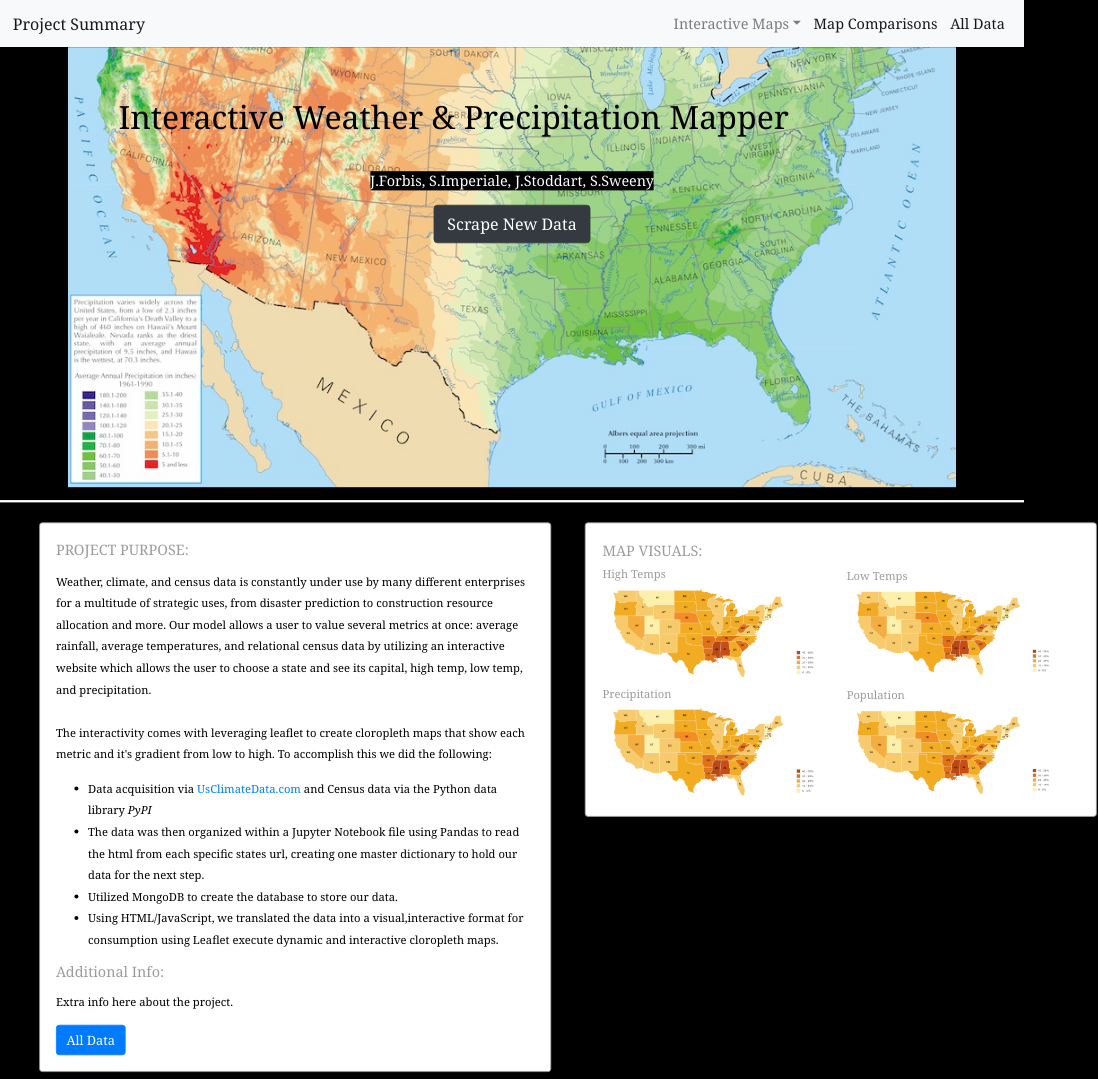
Repository: jforbis/project3-weathermap
Page: index.html
An editor plug-in stored every save of this project. The page is shown before and after the next save, followed by the edit.
The browser window is 1280 px wide. The page is 1372 px wide, so the pictures cover 1372 px, including what lies to the right of the window. The pictures show the whole page, at 80% of full size.
Backgrounds fixed to the window are drawn as part of the page.

Above is the page before, as saved 2021-03-09 23:12:58.

### index.html
<!DOCTYPE html>
<html lang="en">

<head>
<meta charset="UTF-8">
<title>Interactive Weather & Precipitation Mapper</title>
<!--Bootstrap style sheet-->
<link rel="stylesheet" href="https://stackpath.bootstrapcdn.com/bootstrap/4.3.1/css/bootstrap.min.css" integrity="sha384-ggOyR0iXCbMQv3Xipma34MD+dH/1fQ784/j6cY/iJTQUOhcWr7x9JvoRxT2MZw1T" crossorigin="anonymous">
<!--link to style sheet-->
<link rel="stylesheet" type="text/css" href="static/css/style.css">
</head>

<!--Top Nav Bar-->
<nav class="navbar-expand-lg navbar-light bg-light nav-color navbar nav">
    <a class="navbar-brand" href="index.html">Project Summary</a>
    <button class="navbar-toggler" type="button" data-bs-toggle="collapse" data-bs-target="#navbarSupportedContent"
        aria-controls="navbarSupportedContent" aria-expanded="false" aria-label="Toggle navigation">
        <span class="navbar-toggler-icon"></span>
    </button>
    <div class="collapse navbar-collapse justify-content-end" id="navbarSupportedContent">
        <div class="nav navbar-nav navbar-right">
            <ul class="navbar-nav me-auto mb-2 mb-lg-0">
                <li class="nav-item dropdown">
                    <a class="nav-link dropdown-toggle" href="#" id="navbarDropdown" role="button"
                        data-bs-toggle="dropdown" aria-expanded="false">Interactive Maps</a>
                    <ul class="dropdown-menu" aria-labelledby="navbarDropdown">
                        <a class="dropdown-item" href="Route#1">High Temps</a>
                        <a class="dropdown-item" href="Route#2">Low Temps</a>
                        <a class="dropdown-item" href="Route#3">Precipitation</a>
                        <a class="dropdown-item" href="Route#4">Population</a>
                    </ul>
                </li>
                <li class="nav-item active">
                    <a class="nav-link" href="comparisons.html">Map Comparisons</a>
                </li>
                <li class="nav-item active">
                    <a class="nav-link" href="data.html">All Data</a>
                </li>
            </ul>
        </div>
    </div>
</nav>
<!-- First div is a container for the title and scraper button -->
<div class="container">
    <div class="hero text-center">
        <h1><span class="d-flex p-2">Interactive Weather & Precipitation Mapper</span></h1>
        <p><span style="background-color: #000000">J.Forbis, S.Imperiale, J.Stoddart, S.Sweeny</span></p>
        <p><a class="btn btn-dark btn-lg" href="/scrape" role="button">Scrape New Data</a></p>
    </div>
</div>
<body>
    <hr>
    <div class="d-flex p-2">
        <table>
            <tr>
                <td style="vertical-align:top">
                    <div class="card" style="width: 40rem;">
                        <!-- Update Image Here If We Even Want One -->
                        <div class="card-body">
                        <div class="card-title">PROJECT PURPOSE:</div>
                        <p class="card-text">
                            Weather, climate, and census data is constantly under use by many different enterprises
                            for a multitude of strategic uses, from disaster prediction to construction
                            resource allocation and more. Our model allows a user to value several metrics
                            at once: average rainfall, average temperatures, and relational census data by
                            utilizing an interactive website which allows the user to choose a state and see
                            its capital, high temp, low temp, and precipitation. </br></br>
                            The interactivity comes with leveraging leaflet to create cloropleth maps that
                            show each metric and it's gradient from low to high. To accomplish this we did
                            the following:</br>
                            <ul>
                                <li class="card-text">
                                    Data acquisition via <a href="https://www.usclimatedata.com/">UsClimateData.com</a>
                                    and Census data via the Python data library <i>PyPI</i>
                                <li class="card-text">
                                    The data was then organized within a Jupyter Notebook file using Pandas to
                                    read the html from each specific states url, creating one master dictionary
                                    to hold our data for the next step.
                                <li class="card-text">
                                    Utilized MongoDB to create the database to store our data.
                                <li class="card-text">
                                    Using HTML/JavaScript, we translated the data into a visual,interactive format
                                    for consumption using Leaflet execute dynamic and interactive cloropleth maps.
                            </ul>
                        <h5 class="card-title">Additional Info:</h5>
                        <p class="card-text">
                            Extra info here about the project.
                        </p>
                        <!--Todo: add url to data page-->
                        <a href="data.html" class="btn btn-primary">All Data</a>
                        </div>
                    </div>
                </td>
                <td style="vertical-align:top">
                    <div class="card" style="width: 40rem;">
                            <div class="card-body">
                                <table>
                                    <tr>
                                        <!--Todo: add images of each map and specify their specific routes so they are clickable-->
                                    <td class="card-title" colspan=2>MAP VISUALS:</td>
                                    </tr>
                                    <tr>
                                        <td>High Temps
                                            <a href="visualizations/maxtemp.html">
                                                <img src="images/choropleth-example.png" class="card-img-top" alt="...">
                                            </a>
                                        </td>
                                        <td>Low Temps
                                            <a href="visualizations/humidity.html">
                                                <img src="images/choropleth-example.png" class="card-img-top" alt="...">
                                            </a>
                                        </td>
                                    </tr>
                                    <tr>
                                        <td>Precipitation
                                            <a href="visualizations/cloudiness.html">
                                                <img src="images/choropleth-example.png" class="card-img-top" alt="...">
                                        </a>
                                        </td>
                                        <td>Population
                                            <a href="visualizations/windspeed.html">
                                                <img src="images/choropleth-example.png" class="card-img-top" alt="...">
                                            </a>
                                        </td>
                                    </tr>
                                </table>
                            </div>
                    </div>
                </td>
            </tr>
        </table>
    </div>
</body>

### static/css/style.css
/* Styling for HTML elements */
body {
    padding: 0;
    margin: 0;
    font-family: Georgia, "Times New Roman", Times, serif;
    font-size: 18px;
    line-height: 150%;
    color: rgb(0, 0, 0);
    background: #000000;
}

.title {
    background-color: black;
    color: white;
}
.dropdown {
    position: relative;
    display: inline-block;
}

.dropdown-menu {
    display: none;
    position: absolute;
    background-color: #f9f9f9;
    min-width: 160px;
    box-shadow: 0px 8px 16px 0px rgba(0,0,0,0.2);
    padding: 12px 16px;
    z-index: 1;
}

.dropdown:hover .dropdown-menu {
    display: block;
}

h1 {
    padding: 25px;
    margin: 10px;
    color: black
}

h3 {
    margin-left: 35px;
    color: white;
    font-size: 16px
}

hr {
    height: 2px;
    background-color: white
}

.card {
    color: #9f9b9b;
    font-size: 14px;
    margin-left: 40px;
    margin-top: top;
    border-color: #9f9b9b;
    vertical-align: text-top
}

.card-text {
    color: black
}
.second_card {
    color: #9f9b9b;
    background-color: white;
    margin-top: -140px;
    margin-left: 40px
}

.card-img-top {
    width: 90%;
    height: auto;
}

.card-title {
    font-size: 18px
}

.top_row {
    position: sticky;
    top: 0;
    background-color: #353A3F;
}

.navbar-expand-lg {
    position: sticky;
    top: 0;
    z-index: 1071;
}

.hero {
    position: relative;
    height: 550px;
    padding: 20px;
    margin: 0;
    background: black;
    background-image: url("../../images/intro_image2.jpg");
    background-attachment: fixed;
    background-position: bottom center;
    background-size: cover;
}

p {
    color: white
}

After the next save:
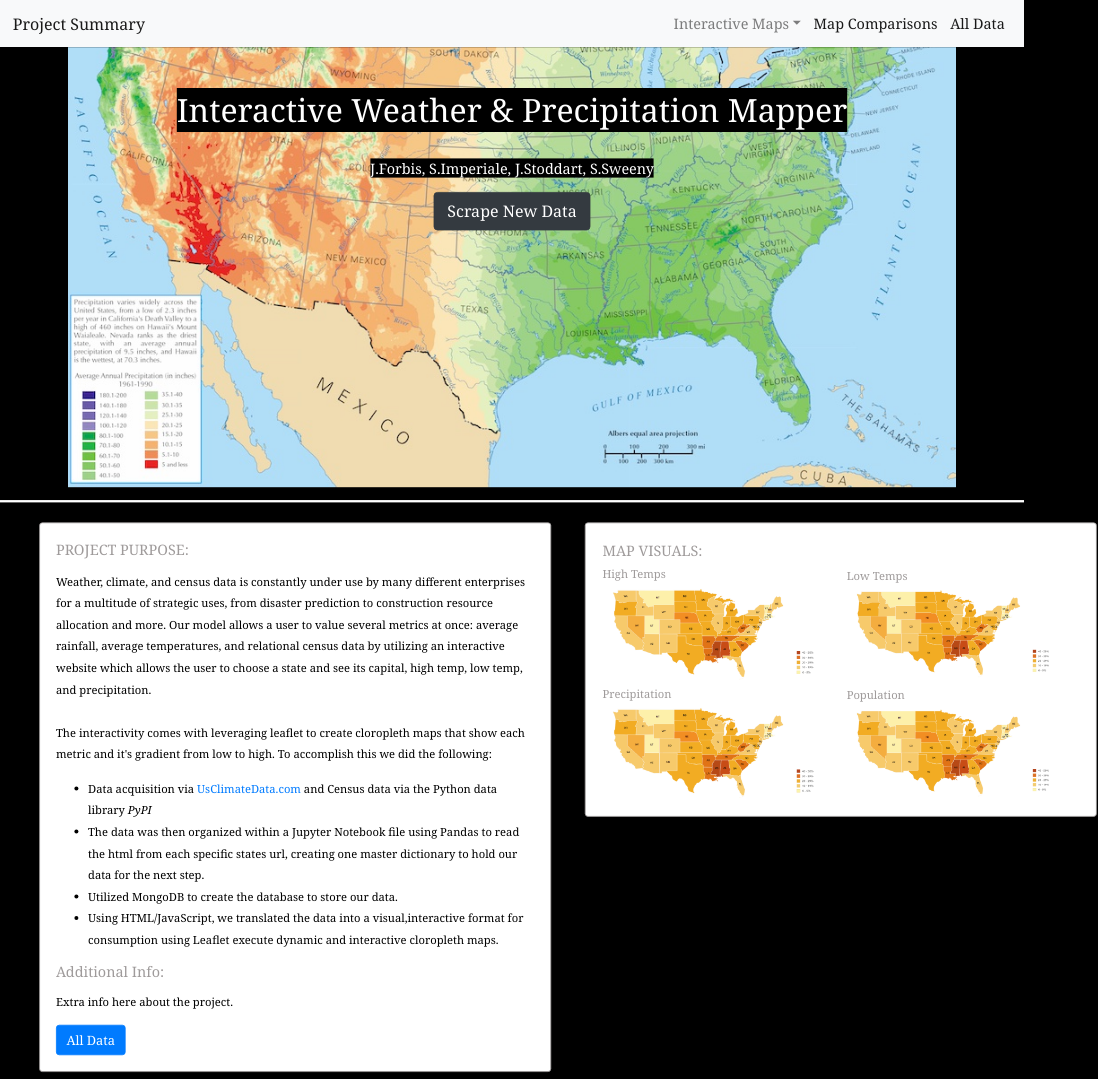
Saved 9 s later.
--- a/index.html
+++ b/index.html
@@ -43,7 +43,7 @@
 <!-- First div is a container for the title and scraper button -->
 <div class="container">
     <div class="hero text-center">
-        <h1><span class="d-flex p-2">Interactive Weather & Precipitation Mapper</span></h1>
+        <h1><span class="title">Interactive Weather & Precipitation Mapper</span></h1>
         <p><span style="background-color: #000000">J.Forbis, S.Imperiale, J.Stoddart, S.Sweeny</span></p>
         <p><a class="btn btn-dark btn-lg" href="/scrape" role="button">Scrape New Data</a></p>
     </div>
